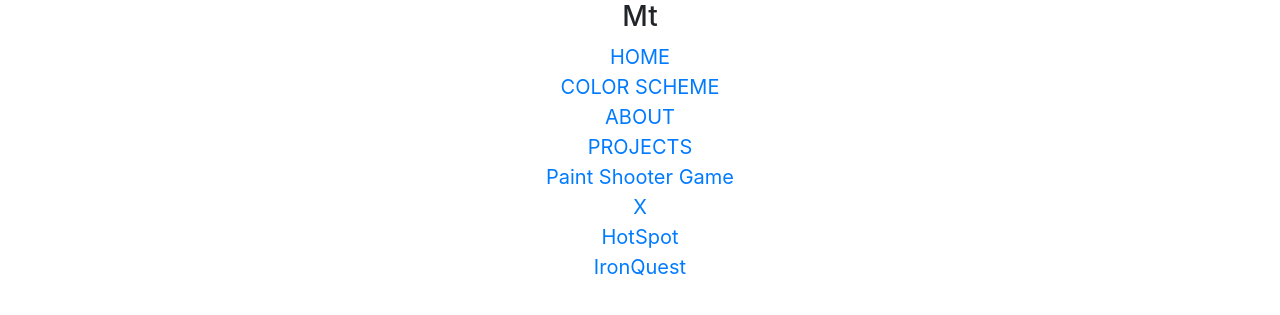
Repository: MikeTroianello/troianello.co
Page: /projects
These files come from the project's save history. The page is drawn as it stood at one moment and after the next save; the edit follows.
The browser window is 1280 px wide. The pictures show the whole page.
The project was rebuilt for these pictures with package versions that can differ from the ones it lists, and the page was loaded fresh each time. Also part of the build but not shown: src/components/locations/Home.js, src/components/locations/Colors.js, src/components/locations/About.js, src/components/locations/NotFound.js.

Above is the page before, as saved 2019-06-25 23:50:54.

### src/App.js
import React, { Component } from 'react';
import { BrowserRouter as Router, Route, Link, Switch } from 'react-router-dom';
import Header from './components/Header';
import Home from './components/locations/Home';
import Colors from './components/locations/Colors';
import About from './components/locations/About';
import Projects from './components/locations/Projects';
import NotFound from './components/locations/NotFound';
import './App.css';

class App extends Component {
  render() {
    return (
      <div className='App'>
        <Router>
          <Header />
          <div>
            <Switch>
              <Route exact path='/' component={Home} />
              <Route exact path='/colors' component={Colors} />
              <Route exact path='/about' component={About} />
              <Route exact path='/projects' component={Projects} />
              <Route component={NotFound} />
            </Switch>
          </div>
        </Router>
      </div>
    );
  }
}

export default App;

### src/components/Header.js
import React, { Component } from 'react';
import { BrowserRouter as Router, Route, Link, Switch } from 'react-router-dom';

export default class Header extends Component {
  render() {
    return (
      <div className='Header'>
        <h3 className='logo'>Mt</h3>
        <div>
          <Link to='/'>HOME</Link>
        </div>
        <div>
          <Link to='/colors'>COLOR SCHEME</Link>
        </div>
        <div>
          <Link to='/about'>ABOUT</Link>
        </div>
        <div>
          <Link to='/projects'>PROJECTS</Link>
        </div>
      </div>
    );
  }
}

### src/components/locations/Projects.js
import React from 'react';

export default function Projects() {
  return (
    <div>
      <div>
        <a
          href='https://hotspot-map.herokuapp.com'
          target='_blank'
          rel='noopener noreferrer'
        >
          Paint Shooter Game
        </a>
        <div>
          <a target='_blank' href='https://kingdomofloathing.com'>
            X
          </a>
        </div>
      </div>
      <div>
        <a
          href='https://hotspot-map.herokuapp.com'
          target='_blank'
          rel='noopener noreferrer'
        >
          HotSpot
        </a>
      </div>
      <div>
        <a
          href='https://ironquest.herokuapp.com'
          target='_blank'
          rel='noopener noreferrer'
        >
          IronQuest
        </a>
      </div>
    </div>
  );
}

### src/App.css
.App {
  text-align: center;
}

.App-logo {
  animation: App-logo-spin infinite 20s linear;
  height: 40vmin;
  pointer-events: none;
}

.App-header {
  background-color: #282c34;
  min-height: 100vh;
  display: flex;
  flex-direction: column;
  align-items: center;
  justify-content: center;
  font-size: calc(10px + 2vmin);
  color: white;
}

.App-link {
  color: #61dafb;
}

@keyframes App-logo-spin {
  from {
    transform: rotate(0deg);
  }
  to {
    transform: rotate(360deg);
  }
}
/*
.teams {
  height: 100%;
  width: 80%;
  padding: 5% 10%;
} */

/* .teams > div {
  height: 100%;
  width: 80%;
  padding: 5% 10%;
} */

div {
  font-size: 20px;
}

.container-fluid {
  height: 500px;
}
.row {
  height: 500px;
}

.s-blue {
  background-color: #002145;
}

.s-gray {
  background-color: #a5acaf;
}

.s-green {
  background-color: #66c010;
}

.d-aqua {
  background-color: #0091a0;
}
.d-orange {
  background-color: #ff8500;
}
.d-dark-blue {
  background-color: #002760;
}

.c-blue {
  background-color: #0c264c;
}

.c-gray {
  background-color: #b0b7bc;
}

.c-white {
  background-color: #ffffff;
  color: #000000;
}

.g-blue {
  background-color: #192e6c;
}

.g-red {
  background-color: #b20032;
}

.header {
  display: flex;
}

.header > div {
  justify-content: flex-end;
}

Loaded but not shown: public/index.html (common file); src/index.js (common file); src/index.css (common file); src/serviceWorker.js (common file)

After the next save:
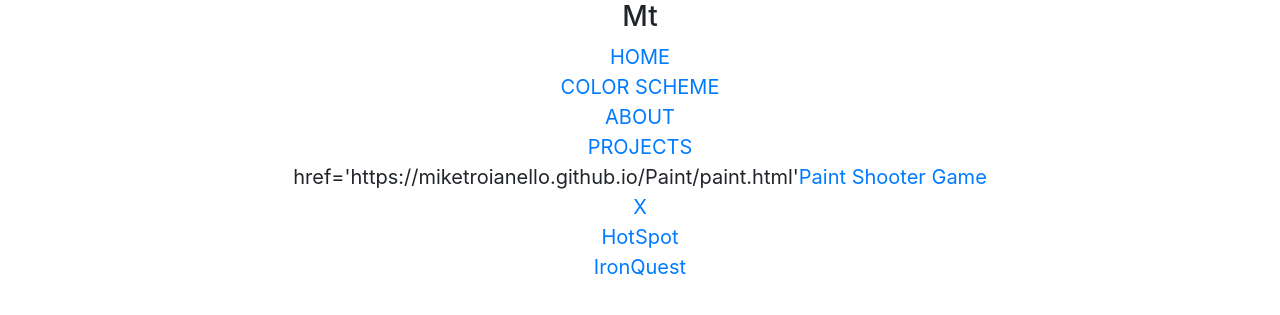
Saved 11 s later.
--- a/src/components/locations/Projects.js
+++ b/src/components/locations/Projects.js
@@ -4,6 +4,7 @@
   return (
     <div>
       <div>
+        href='​https://miketroianello.github.io/Paint/paint.html'
         <a
           href='https://hotspot-map.herokuapp.com'
           target='_blank'

After the save that followed:
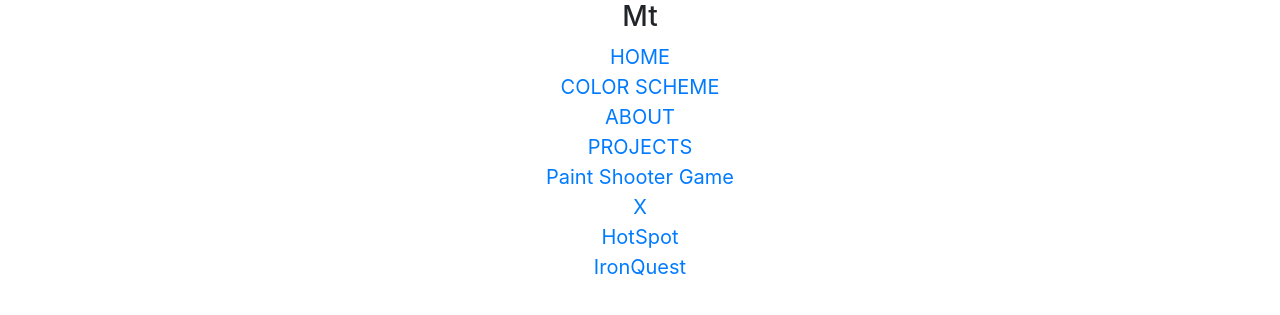
Saved 5 s later.
--- a/src/components/locations/Projects.js
+++ b/src/components/locations/Projects.js
@@ -4,7 +4,7 @@
   return (
     <div>
       <div>
-        href='​https://miketroianello.github.io/Paint/paint.html'
+        {/* href='​https://miketroianello.github.io/Paint/paint.html' */}
         <a
           href='https://hotspot-map.herokuapp.com'
           target='_blank'
